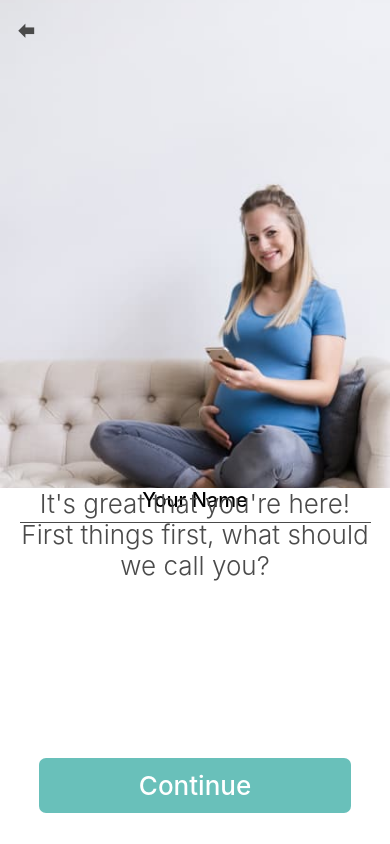
Repository: pheonixlegend/keleya
Screen: /Name
An editor plug-in stored every save of this project. The screen is shown before and after the next save, followed by the edit.
The app was drawn by React Native's web renderer in a window 390 px wide. The project was rebuilt for these pictures with package versions that can differ from the ones it lists, and the page was loaded fresh each time. Also part of the build but not shown: components/ImageHeader.tsx, components/LoginSignupDetails.tsx, screens/SignUp.tsx, screens/SignIn.tsx, screens/Date.tsx, screens/Workout.tsx, screens/Success.tsx.

Above is the screen before, as saved 2021-10-10 13:22:32.

After the next save:
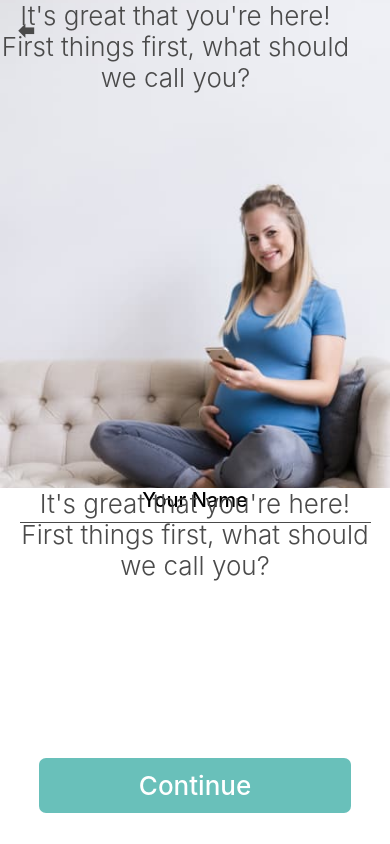
Saved 49 s later.
--- a/components/NameTimeDetails.tsx
+++ b/components/NameTimeDetails.tsx
@@ -13,6 +13,9 @@ const NameTimeDetails: FC<Props> = ({ screenType }) => {
 
   return (
     <View>
+      <Text style={styles.subText}>
+          {screenType == "nameScreen" ? 'It\'s great that you\'re here! First things first, what should we call you?'
+           : 'When is your baby due, Sam?'}</Text>
       <View style={styles.centeredView}>
         <Text style={styles.subText}>
           {screenType == "nameScreen" ? 'It\'s great that you\'re here! First things first, what should we call you?'
